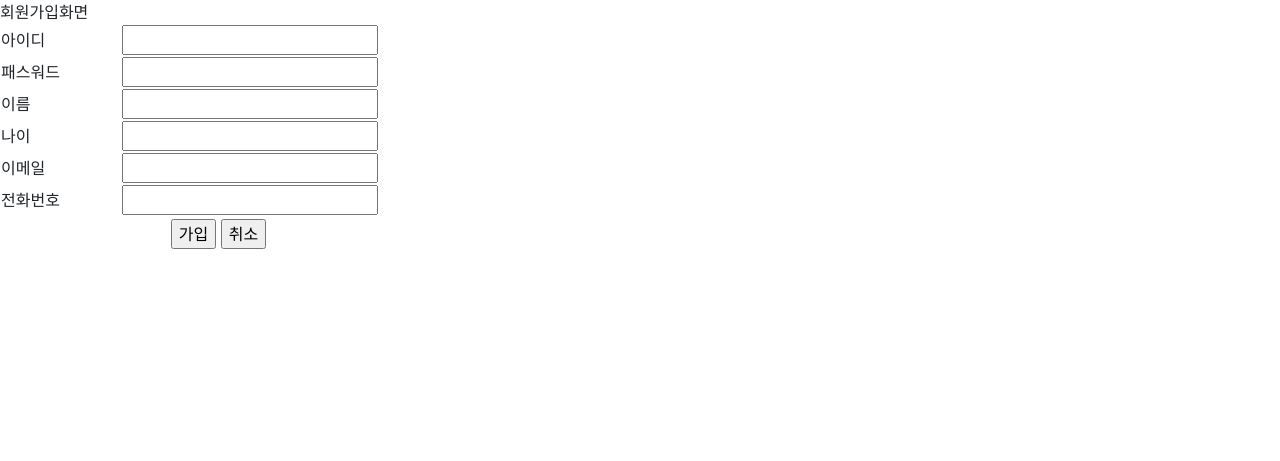
Repository: eastzi/workspace.edu
Page: MVC01/src/main/webapp/member/memberRegister.html
These files come from the project's save history. The page is drawn as it stood at one moment and after the next save; the edit follows.
The browser window is 1280 px wide. The pictures show the whole page.

Above is the page before, as saved 2022-10-13 02:39:08.

After the next save:
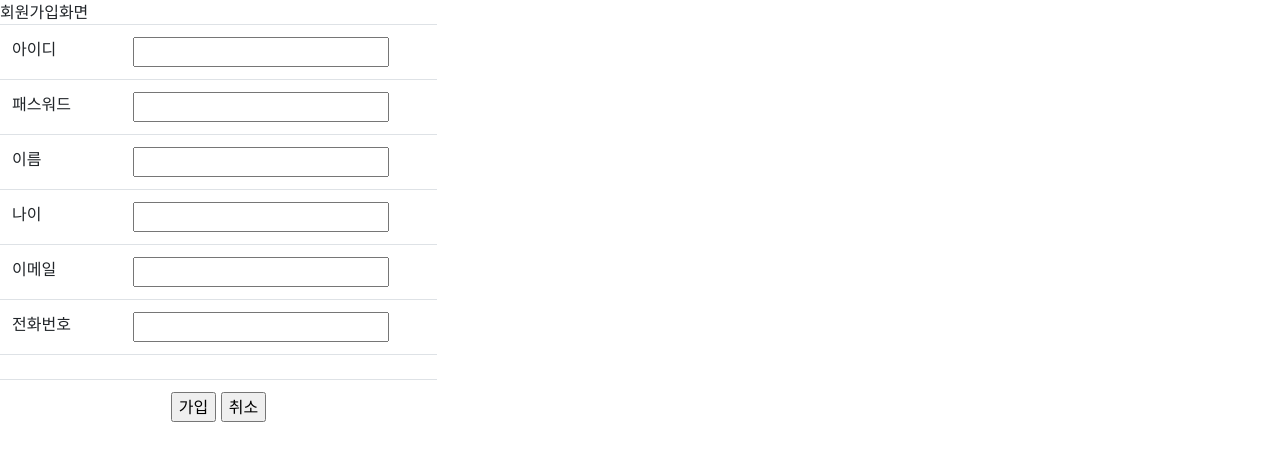
Saved 20 s later.
--- a/MVC01/src/main/webapp/member/memberRegister.html
+++ b/MVC01/src/main/webapp/member/memberRegister.html
@@ -12,7 +12,7 @@
 <body>
 회원가입화면
 <form action="memberInsert.do" method="post">
-<table class="tg" style="table-layout: fixed; width: 437px">
+<table class="tg table" style="table-layout: fixed; width: 437px">
 <colgroup>
 <col style="width: 121px">
 <col style="width: 316px">
